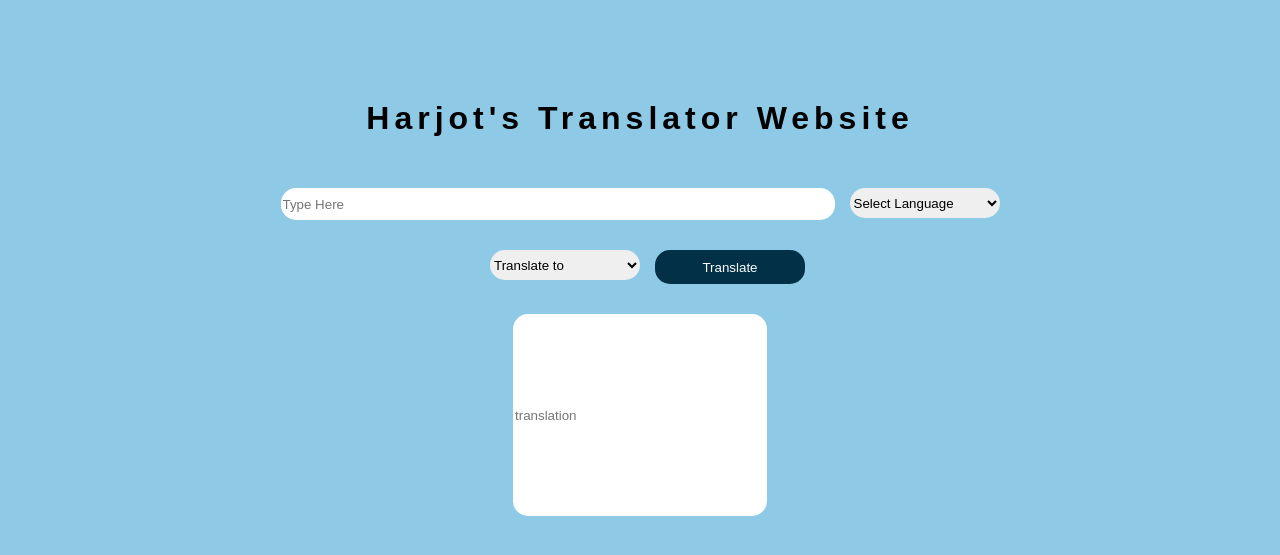
Repository: Harjot00/Pythonpractice
Page: Translator/homepage.html
The author's editor kept a copy of each file at every save. The page is drawn from the files as they stood at one save, then again after the next save.
The browser window is 1280 px wide. The pictures show the whole page.
Some web fonts or font styles are not loaded; a fallback is used.

Above is the page before, as saved 2022-03-06 19:43:25.

### Translator/homepage.html
<!DOCTYPE html>
<html lang="en">
<head>
    <meta charset="UTF-8">
    <meta http-equiv="X-UA-Compatible" content="IE=edge">
    <meta name="viewport" content="width=device-width, initial-scale=1.0">
    <title>Harjot's Translator</title>
    <link rel="stylesheet" href="styles.css">
    <link href="http://fonts.cdnfonts.com/css/mrs-sheppards" rel="stylesheet">
    <link href='https://fonts.googleapis.com/css?family=Open Sans' rel='stylesheet'>

</head>
<body>
    <h1 style = "font-family: 'Mrs Sheppards', sans-serif;letter-spacing: 5px;">Harjot's Translator Website</h1>
    <div style = "display: flex; justify-content: center;">
        <input type="text" id="entry" placeholder="Type Here"></input>
        <form id="language">

            <select>
                <option disabled selected>Select Language</option>
                <option value="volvo">French</option>
                <option value="saab">Italian</option>
                <option value="opel">German</option>
                <option value="audi">Chinese</option>
            </select>
        </form>
    </div>
    <div style = "display: flex; justify-content: center;">
        <form id = "language2">
            <select >
                <option disabled selected>Translate to</option>
                <option value="volvo">French</option>
                <option value="saab">Italian</option>
                <option value="opel">German</option>
                <option value="audi">Chinese</option>
            </select>
        </form>
        <button>Translate</button>

    </div>
    <div style =" display: flex; justify-content: center">
        <input  type="text"id ="translation" placeholder="translation"></input>
    </div>
</body>
</html>

### Translator/styles.css
body{
    background-color: #8ECAE6;
    font-family: open sans;
}
h1{
    margin-top: 100px;
    text-align: center;
}
#entry{
    width: 550px;
    height: 30px;
    margin: 30px 0px 0px 0px;
    border: none;
    border-radius:15px;

}
#language{

    margin: 30px 0px 0px 15px;
}
#language2{

    margin: 30px 0px 0px 15px;
}

select{
    height: 30px;
    width: 150px;
    border: none;
    border-radius: 15px;
}
button{
    width: 150px;
    height:34px;
    margin:30px 0px 0px 15px;
    border: none;
    border-radius: 15px;
    background-color: #023047;
    color: #fff;
}
#translation {
    margin: 30px 0px 0px 0px;
    width: 250px;
    height: 200px;
    border: none;
    border-radius: 15px;

}

After the next save:
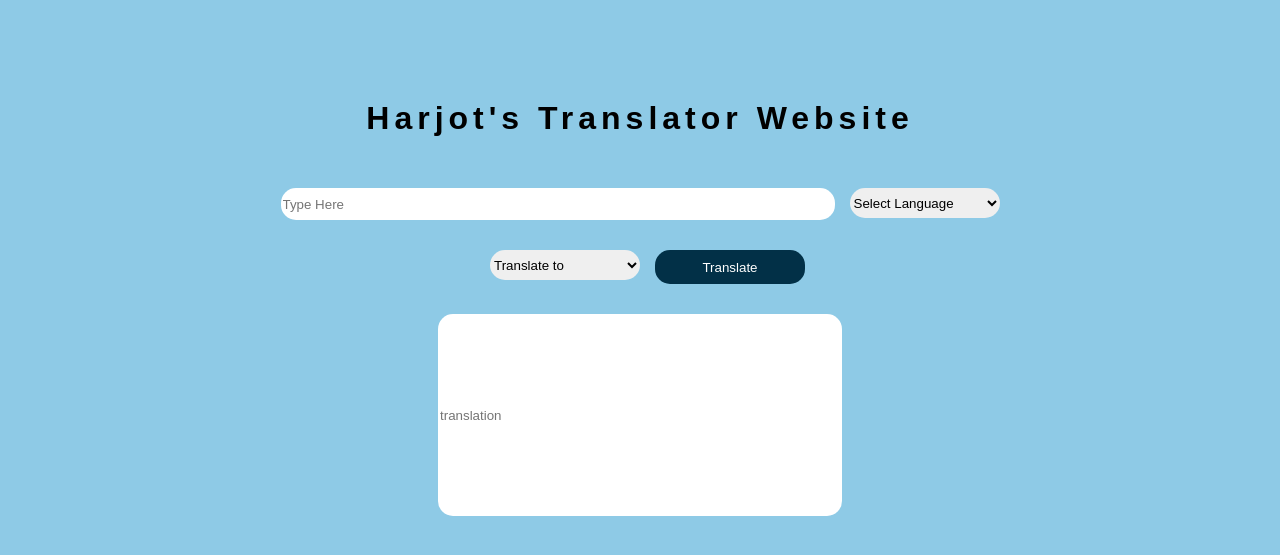
Saved 13 s later.
--- a/Translator/styles.css
+++ b/Translator/styles.css
@@ -40,7 +40,7 @@ button{
 }
 #translation {
     margin: 30px 0px 0px 0px;
-    width: 250px;
+    width: 400px;
     height: 200px;
     border: none;
     border-radius: 15px;
